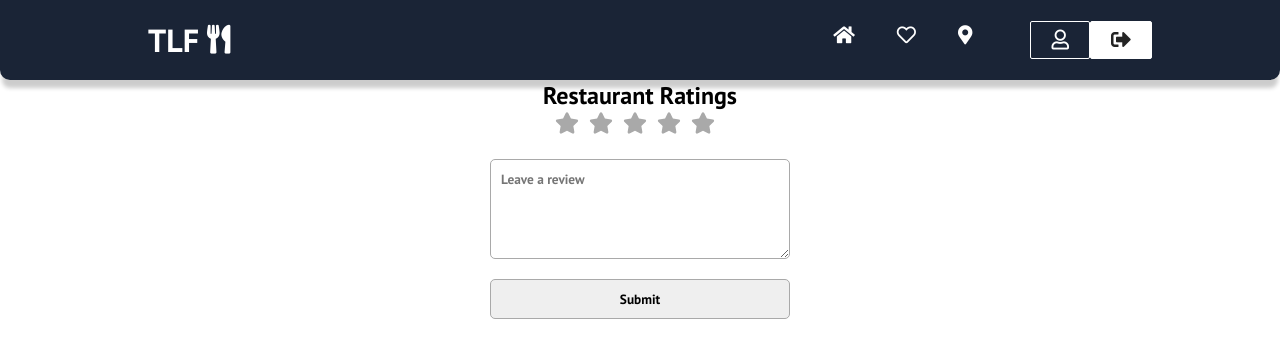
Repository: bethel-school-of-technology/the-local-fork-frontend
Page: /favorites
An editor plug-in stored every save of this project. The page is shown before and after the next save, followed by the edit.
The browser window is 1280 px wide. The pictures show the whole page.
The project was rebuilt for these pictures with package versions that can differ from the ones it lists, and the page was loaded fresh each time. Also part of the build but not shown: src/Components/pages/SignUp.js, src/Components/pages/Delete.js, src/Components/pages/PersonPut.js, src/Components/pages/Login.js, src/Components/pages/Home.js, src/Components/pages/ProfilePage.js, src/Components/pages/Newres.js.

Above is the page before, as saved 2021-11-02 19:22:35.

After the next save:
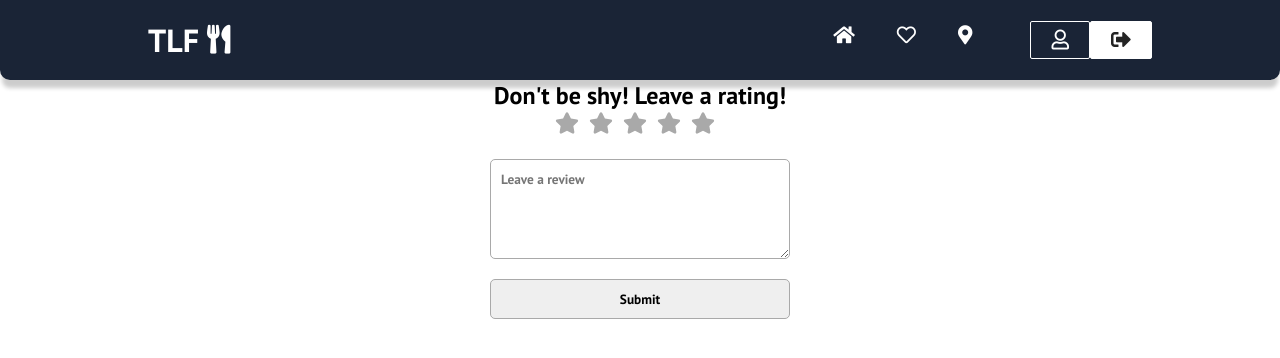
Saved 3 min 18 s later.
--- a/src/Components/pages/Favorites.js
+++ b/src/Components/pages/Favorites.js
@@ -26,7 +26,7 @@ function App() {
 
   return (
     <div style={styles.container}>
-      <h2>Restaurant Ratings</h2>
+      <h2>Don't be shy! Leave a rating!</h2>
       <div style={styles.stars}>
         {stars.map((_, index) => {
           return (
